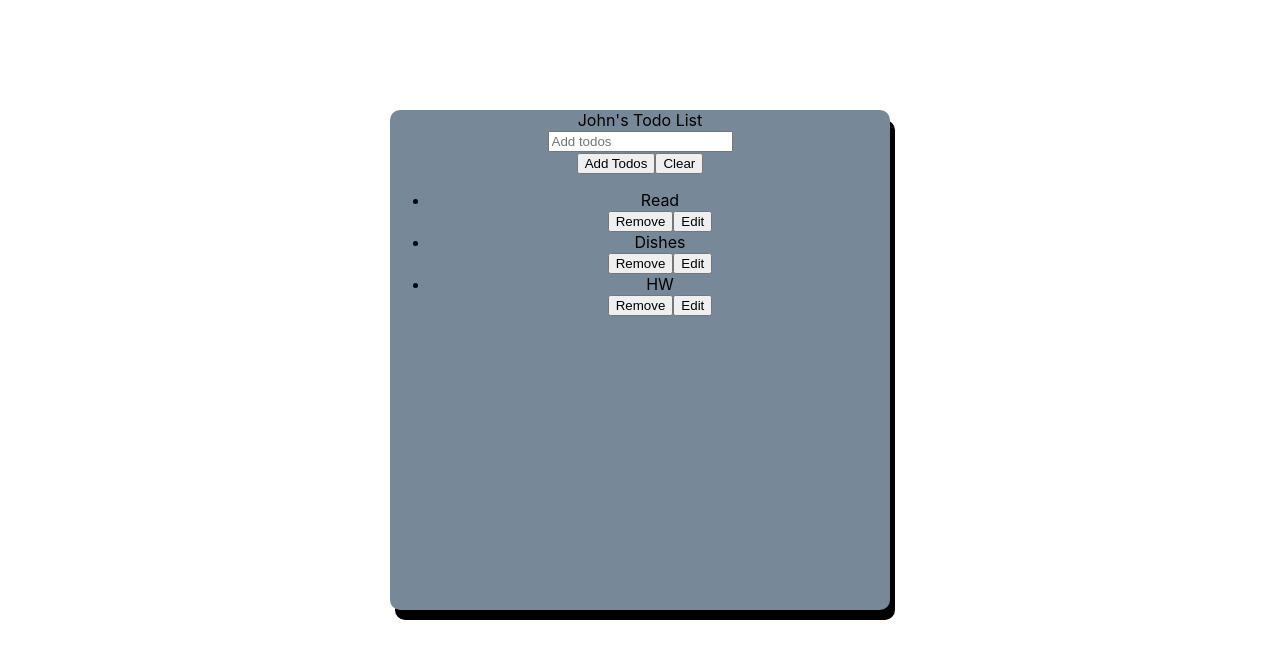
Repository: JohnKang0720/Simple-Todo-List
Page: /
The author's editor kept a copy of each file at every save. The page is drawn from the files as they stood at one save, then again after the next save.
The browser window is 1280 px wide. The pictures show the whole page.
The project was rebuilt for these pictures with package versions that can differ from the ones it lists, and the page was loaded fresh each time.

Above is the page before, as saved 2021-05-25 08:32:46.

After the next save:
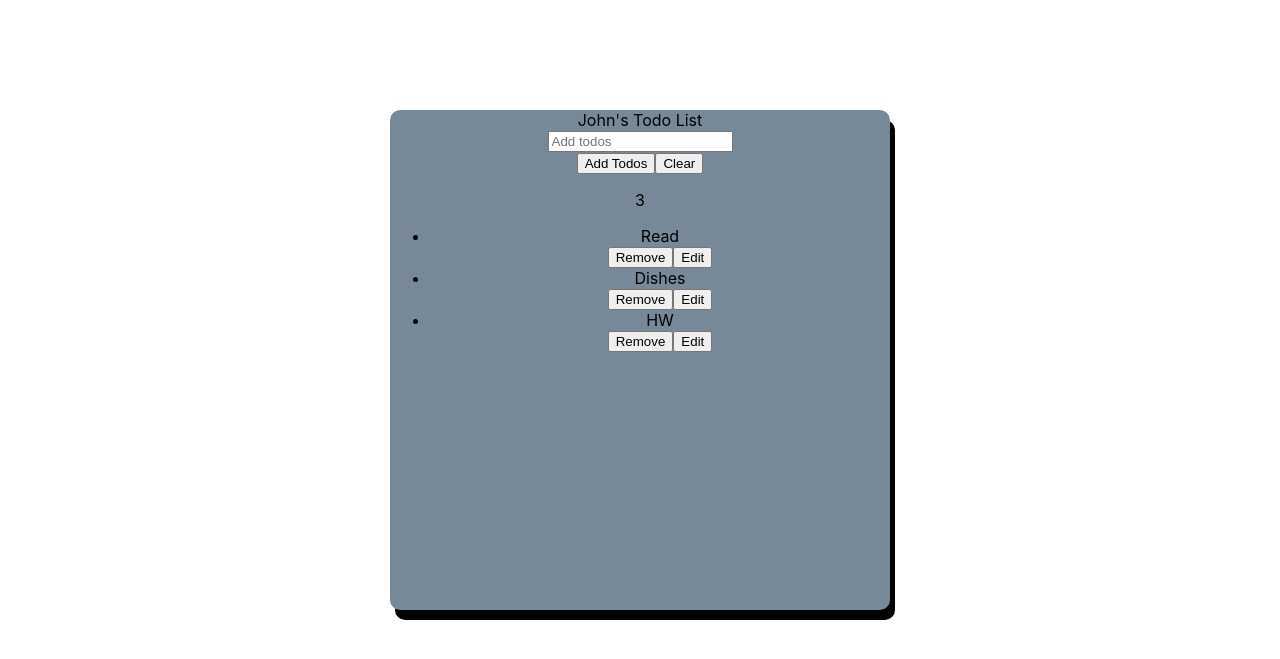
Saved 4 min 23 s later.
--- a/src/Todoform.js
+++ b/src/Todoform.js
@@ -1,6 +1,7 @@
 import React, {useContext, useState} from 'react'
 import {taskContext} from './TodoList'
 import List from './List'
+import { DetectFacesTaskBase } from 'face-api.js'
 function Todoform() {
     const {input, addTask, removeTask, clearTask} = useContext(taskContext)
     const [title, settitle] = useState('')
@@ -24,9 +25,11 @@ function Todoform() {
            <button > Add Todos </button>
            <button onClick = {clearTask}> Clear </button>
            </div>
+           <p> {input.length}</p>
        </form>
 
         <ul>
+
             {/* why does it have to be "input??" */}
             {input.map((task) => {
             return (
